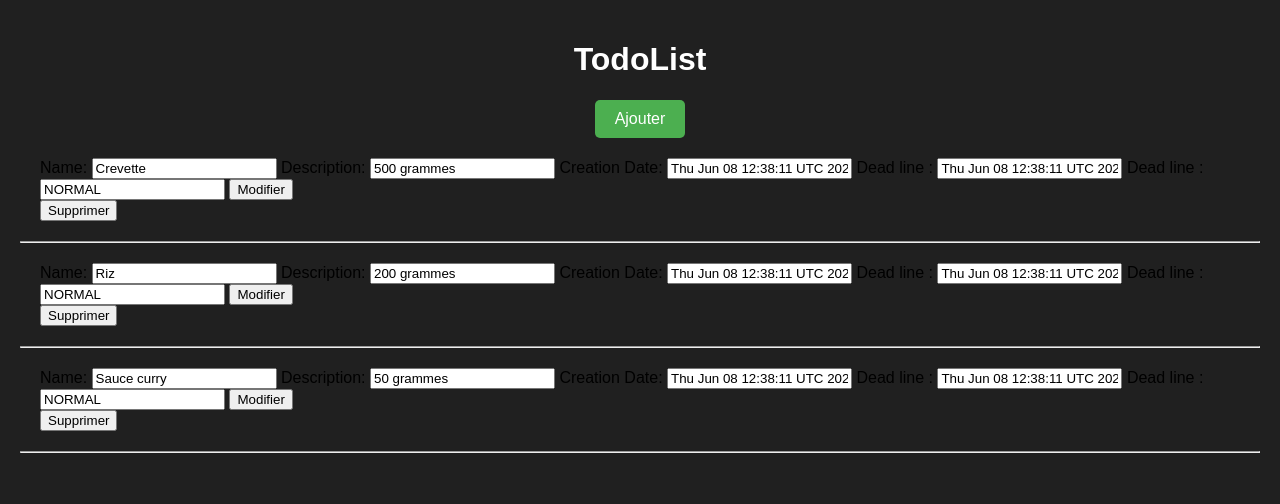
Repository: HugoGit-Hub/TodoList
Page: http://localhost/todo-list/TodoList
The author's editor kept a copy of each file at every save. The page is drawn from the files as they stood at one save, then again after the next save.
The browser window is 1280 px wide. The pictures show the whole page.
The page is served by Tomcat 9. Other server files are loaded and not shown.

Above is the page before, as saved 2023-06-08 17:12:49.

### todo-list/src/main/webapp/jsp/todoList.jsp
<%@page import="java.util.ArrayList"%>
<%@page import="java.util.List"%>
<%@page import="fr.keyce.todo_list.model.Todo"%>
<%@page import="java.util.Map"%>
<%@taglib prefix="c" uri="http://java.sun.com/jsp/jstl/core"%>
<%@ page language="java" contentType="text/html; charset=UTF-8"
    pageEncoding="UTF-8"%>
<!DOCTYPE html>
<html>
	<head>
		<meta charset="UTF-8">
		<title>TodoList</title>
		<link href="../css/style.css" rel="stylesheet" type="text/css">
	</head>
	<body>
		<div>
			<h1>TodoList</h1>

			<div class="add-button">
				<c:url var="todoCreateUrl" value="/TodoCreate"/>
				<a href="${todoCreateUrl}">Ajouter</a>
			</div>

			<c:forEach items="${getAllTodo}" var="todo">
				<div style="margin:20px">
					<form method="post" action="http://localhost:8080/todo-list/TodoList">
						<input type="text" id="id" name="id" value="${todo.getId()}" hidden="true">

						<label for="name">Name:</label>
						<input type="text" id="name" name="name" value="${todo.getName()}">

				 		<label for="description">Description:</label>
						<input type="text" id="description" name="description" value="${todo.getDescription()}">

						<label for="creationDate">Creation Date:</label>
						<input type="text" id="creationDate" name="creationDate" value="${todo.getCreationDate()}">

						<label for="deadLine">Dead line :</label>
						<input type="text" id="deadLine" name="deadLine" value="${todo.getDeadLine()}">

						<label for="priority">Dead line :</label>
						<input type="text" id="priority" name="priority" value="${todo.getPriority()}">

						<input type="submit" name="action" value="Modifier">
					</form>

				 	<form method="post" action="http://localhost:8080/todo-list/TodoList">
						<input type="hidden" name="id" value="${todo.getId()}">
						<input type="submit" name="action" value="Supprimer">
					</form>

				</div><hr/>
			</c:forEach>
		</div>
	</body>
	<style>
    body {
      font-family: Arial, sans-serif;
      margin: 0;
      padding: 20px;
      background-color: #202020;
    }

    h1 {
      text-align: center;
      color: white;
    }

    .todo-item {
      margin-bottom: 10px;
      padding: 10px;
      border: 1px solid #ccc;
      border-radius: 5px;
      background-color: #f5f5f5;
    }

    .todo-item h2 {
      margin-top: 0;
    }

    .todo-item p {
      margin: 0;
    }

    .todo-item .buttons {
      margin-top: 10px;
    }

    .todo-item .buttons button {
      margin-right: 5px;
    }

    .add-button {
      text-align: center;
      margin-bottom: 20px;
    }

    .add-button a {
      display: inline-block;
      padding: 10px 20px;
      background-color: #4CAF50;
      color: #fff;
      text-decoration: none;
      border-radius: 5px;
    }
  </style>
</html>

### todo-list/src/main/java/fr/keyce/todo_list/controllers/TodoListServlet.java
package fr.keyce.todo_list.controllers;

import java.io.IOException;
import java.text.ParseException;
import java.text.SimpleDateFormat;
import java.util.Date;
import java.util.List;

import javax.servlet.RequestDispatcher;
import javax.servlet.ServletException;
import javax.servlet.annotation.WebServlet;
import javax.servlet.http.HttpServlet;
import javax.servlet.http.HttpServletRequest;
import javax.servlet.http.HttpServletResponse;

import fr.keyce.todo_list.model.Priority;
import fr.keyce.todo_list.model.Todo;
import fr.keyce.todo_list.services.TodoService;
import fr.keyce.todo_list.services.Impl.TodoServiceImpl;

@WebServlet(name = "TodoListServlet", urlPatterns = "/TodoList")
public class TodoListServlet extends HttpServlet {
	private static final long serialVersionUID = 1L;

	private TodoService todoService = TodoServiceImpl.getInstance();

	protected void doGet(HttpServletRequest request, HttpServletResponse response) throws ServletException, IOException {
		System.out.println(request.getRequestURI() + " > forward vers /jsp/todoList.jsp");
		List<Todo> todos = this.todoService.findAll();
		RequestDispatcher requestDispatcher = request.getRequestDispatcher("/jsp/todoList.jsp");
		request.setAttribute("getAllTodo", todos);

		requestDispatcher.forward(request, response);
	}

	protected void doPost(HttpServletRequest request, HttpServletResponse response) throws ServletException, IOException {
		String id = request.getParameter("id");
		String action = request.getParameter("action");

		switch (action) {
			case "Supprimer": {
				todoService.delete(Integer.parseInt(id));
				response.sendRedirect("http://localhost:8080/todo-list/TodoList");
				break;
			}
			case "Modifier":{
				Todo update = new Todo();

				String idTodo = request.getParameter("id");
				update.setId(Integer.parseInt(idTodo));

				String name = request.getParameter("name");
				update.setName(name);

				String description = request.getParameter("description");
				update.setDescription(description);

				String creationDate = request.getParameter("creationDate");
				try {
					Date convertDate = new SimpleDateFormat("dd/MM/yyyy").parse(creationDate);
					update.setCreationDate(convertDate);
				} catch (ParseException e) {
					e.printStackTrace();
				}

				String deadLine = request.getParameter("deadLine");
				try {
					Date convertDate = new SimpleDateFormat("dd/MM/yyyy").parse(deadLine);
					update.setDeadLine(convertDate);
				} catch (ParseException e) {
					e.printStackTrace();
				}

				String priority = request.getParameter("priority");
				switch (priority) {
					case "LOW": {
						update.setPriority(Priority.LOW);
					}
					case "NORMAL": {
						update.setPriority(Priority.NORMAL);
					}
					case "HIGH": {
						update.setPriority(Priority.HIGH);
					}
				}
				todoService.update(update);
				response.sendRedirect("http://localhost:8080/todo-list/TodoList");
				break;
			}
			default:
				throw new IllegalArgumentException("Unexpected value: ");
		}
	}
}

### todo-list/src/main/java/fr/keyce/todo_list/services/Impl/TodoServiceImpl.java
package fr.keyce.todo_list.services.Impl;

import java.util.List;

import fr.keyce.todo_list.dao.TodoDao;
import fr.keyce.todo_list.dao.db.TodoDaoDb;
import fr.keyce.todo_list.model.Todo;
import fr.keyce.todo_list.services.TodoService;

public class TodoServiceImpl implements TodoService {

	private final static TodoServiceImpl INSTANCE = new TodoServiceImpl();

	private TodoServiceImpl() {};

	public static TodoServiceImpl getInstance() {
		return INSTANCE;
	}

	private TodoDao todoDao = TodoDaoDb.getInstance();

	@Override
	public List<Todo> findAll() {
		return this.todoDao.findAll();
	}

	@Override
	public void delete(Integer id) {
		this.todoDao.delete(id);
	}

	@Override
	public Todo update(Todo todo) {
		return this.todoDao.update(todo);
	}

	@Override
	public Todo create(Todo todo) {
		return this.todoDao.create(todo);
	}

}

### todo-list/src/main/java/fr/keyce/todo_list/dao/TodoDao.java
package fr.keyce.todo_list.dao;

import java.util.List;

import fr.keyce.todo_list.model.Todo;

public interface TodoDao {
	public List<Todo> findAll();
	public void delete(Integer id);
	public Todo update(Todo todo);
	public Todo create(Todo todo);
}

### todo-list/src/main/java/fr/keyce/todo_list/dao/db/TodoDaoDb.java
package fr.keyce.todo_list.dao.db;

import java.util.List;

import fr.keyce.todo_list.dao.TodoDao;
import fr.keyce.todo_list.db.Database;
import fr.keyce.todo_list.model.Todo;

public class TodoDaoDb implements TodoDao {

	private final static TodoDaoDb INSTANCE = new TodoDaoDb();

	private TodoDaoDb() {};

	public static TodoDaoDb getInstance() {
		return INSTANCE;
	}

	private Database database = Database.getInstance();

	@Override
	public List<Todo> findAll() {
		return this.database.selectAll();
	}

	@Override
	public void delete(Integer id) {
		this.database.delete(id);
	}

	@Override
	public Todo update(Todo todo) {
		return this.database.update(todo);
	}

	@Override
	public Todo create(Todo todo) {
		return this.database.create(todo);
	}
}

### todo-list/src/main/java/fr/keyce/todo_list/db/Database.java
package fr.keyce.todo_list.db;

import java.util.ArrayList;
import java.util.Date;
import java.util.List;
import java.util.Map;
import java.util.TreeMap;

import fr.keyce.todo_list.model.Priority;
import fr.keyce.todo_list.model.Todo;

public class Database {

	private final static Database INSTANCE = new Database();

	private Map<Integer, Todo> map;

	private Database() {
		this.map = new TreeMap<Integer, Todo>();
		Todo todoCrevette = Todo.create(1, "Crevette", "500 grammes", new Date(), new Date(), Priority.NORMAL);
		this.map.put(todoCrevette.getId(), todoCrevette);
		Todo todoRiz = Todo.create(2, "Riz", "200 grammes", new Date(), new Date(), Priority.NORMAL);
		this.map.put(todoRiz.getId(), todoRiz);
		Todo todoSauceCurry = Todo.create(3, "Sauce curry", "50 grammes", new Date(), new Date(), Priority.NORMAL);
		this.map.put(todoSauceCurry.getId(), todoSauceCurry);
	}

	public static Database getInstance() {
		return INSTANCE;
	}

	public List<Todo> selectAll(){
		var value = this.map.values();
		return new ArrayList<>(value);
	}

	public void delete(Integer id) {
		map.remove(id);
	}

	public Todo update(Todo todo) {
		return map.put(todo.getId(), todo);
	}

	public Todo create(Todo todo) {
		Integer id = map.size() + 1;
		return map.put(id, todo);
	}
}

### todo-list/src/main/java/fr/keyce/todo_list/model/Priority.java
package fr.keyce.todo_list.model;

public enum Priority {

	LOW, NORMAL, HIGH

}

### todo-list/src/main/java/fr/keyce/todo_list/model/Todo.java
package fr.keyce.todo_list.model;

import java.util.Date;

public class Todo {

	private Integer id;

	private String name;

	private String description;

	private Date creationDate;

	private Date deadLine;

	private Priority priority;

	public Todo() {}

	public Integer getId() {
		return id;
	}

	public void setId(Integer id) {
		this.id = id;
	}

	public String getName() {
		return name;
	}

	public void setName(String name) {
		this.name = name;
	}

	public String getDescription() {
		return description;
	}

	public void setDescription(String description) {
		this.description = description;
	}

	public Date getCreationDate() {
		return creationDate;
	}

	public void setCreationDate(Date creationDate) {
		this.creationDate = creationDate;
	}

	public Date getDeadLine() {
		return deadLine;
	}

	public void setDeadLine(Date deadLine) {
		this.deadLine = deadLine;
	}

	public Priority getPriority() {
		return priority;
	}

	public void setPriority(Priority priority) {
		this.priority = priority;
	}

	public final static Todo create(Integer id, String name, String description, Date creationDate, Date deadLine, Priority priority) {
		Todo todo = new Todo();
		todo.id = id;
		todo.name = name;
		todo.description = description;
		todo.creationDate = creationDate;
		todo.deadLine = deadLine;
		todo.priority = priority;
		return todo;
	}
}

### todo-list/src/main/webapp/css/style.css
@charset "UTF-8";

    body {
      font-family: Arial, sans-serif;
      margin: 0;
      padding: 20px;
      background-color: #202020;
    }

    h1 {
      text-align: center;
      color: white;
    }

    .todo-item {
      margin-bottom: 10px;
      padding: 10px;
      border: 1px solid #ccc;
      border-radius: 5px;
      background-color: #f5f5f5;
    }

    .todo-item h2 {
      margin-top: 0;
    }

    .todo-item p {
      margin: 0;
    }

    .todo-item .buttons {
      margin-top: 10px;
    }

    .todo-item .buttons button {
      margin-right: 5px;
    }

    .add-button {
      text-align: center;
      margin-bottom: 20px;
    }

    .add-button a {
      display: inline-block;
      padding: 10px 20px;
      background-color: #4CAF50;
      color: #fff;
      text-decoration: none;
      border-radius: 5px;
    }

After the next save:
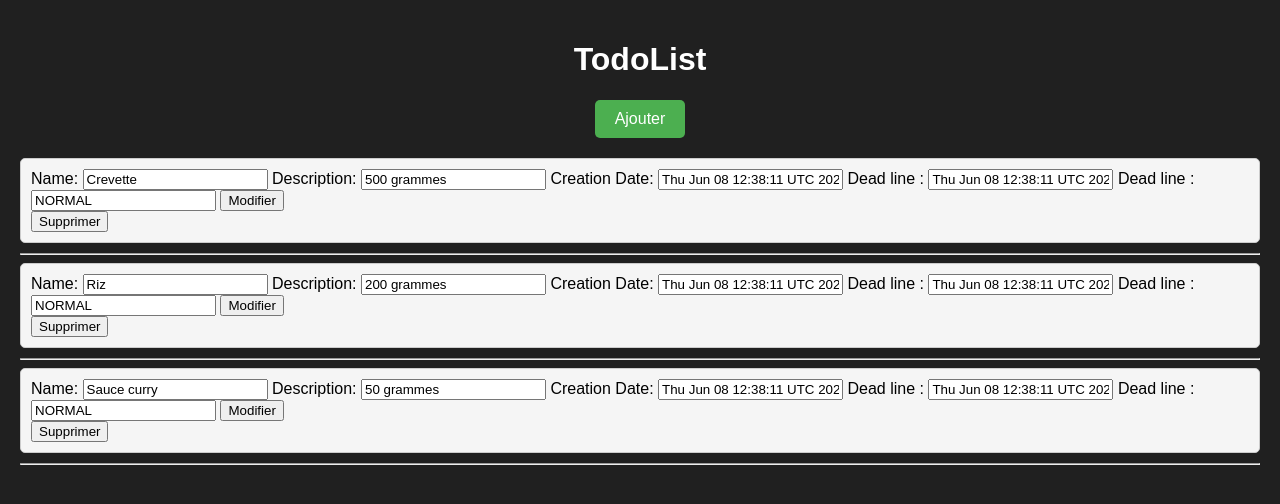
Saved 54 s later.
--- a/todo-list/src/main/webapp/jsp/todoList.jsp
+++ b/todo-list/src/main/webapp/jsp/todoList.jsp
@@ -22,33 +22,34 @@
 			</div>
 
 			<c:forEach items="${getAllTodo}" var="todo">
-				<div style="margin:20px">
-					<form method="post" action="http://localhost:8080/todo-list/TodoList">
-						<input type="text" id="id" name="id" value="${todo.getId()}" hidden="true">
+				<div class="todo-list">
+    				<div class="todo-item">
+						<form method="post" action="http://localhost:8080/todo-list/TodoList">
+							<input type="text" id="id" name="id" value="${todo.getId()}" hidden="true">
 
-						<label for="name">Name:</label>
-						<input type="text" id="name" name="name" value="${todo.getName()}">
+							<label for="name">Name:</label>
+							<input type="text" id="name" name="name" value="${todo.getName()}">
 
-				 		<label for="description">Description:</label>
-						<input type="text" id="description" name="description" value="${todo.getDescription()}">
+					 		<label for="description">Description:</label>
+							<input type="text" id="description" name="description" value="${todo.getDescription()}">
 
-						<label for="creationDate">Creation Date:</label>
-						<input type="text" id="creationDate" name="creationDate" value="${todo.getCreationDate()}">
+							<label for="creationDate">Creation Date:</label>
+							<input type="text" id="creationDate" name="creationDate" value="${todo.getCreationDate()}">
 
-						<label for="deadLine">Dead line :</label>
-						<input type="text" id="deadLine" name="deadLine" value="${todo.getDeadLine()}">
+							<label for="deadLine">Dead line :</label>
+							<input type="text" id="deadLine" name="deadLine" value="${todo.getDeadLine()}">
 
-						<label for="priority">Dead line :</label>
-						<input type="text" id="priority" name="priority" value="${todo.getPriority()}">
+							<label for="priority">Dead line :</label>
+							<input type="text" id="priority" name="priority" value="${todo.getPriority()}">
 
-						<input type="submit" name="action" value="Modifier">
-					</form>
+							<input type="submit" name="action" value="Modifier">
+						</form>
 
-				 	<form method="post" action="http://localhost:8080/todo-list/TodoList">
-						<input type="hidden" name="id" value="${todo.getId()}">
-						<input type="submit" name="action" value="Supprimer">
-					</form>
-
+					 	<form method="post" action="http://localhost:8080/todo-list/TodoList">
+							<input type="hidden" name="id" value="${todo.getId()}">
+							<input type="submit" name="action" value="Supprimer">
+						</form>
+					</div>
 				</div><hr/>
 			</c:forEach>
 		</div>
